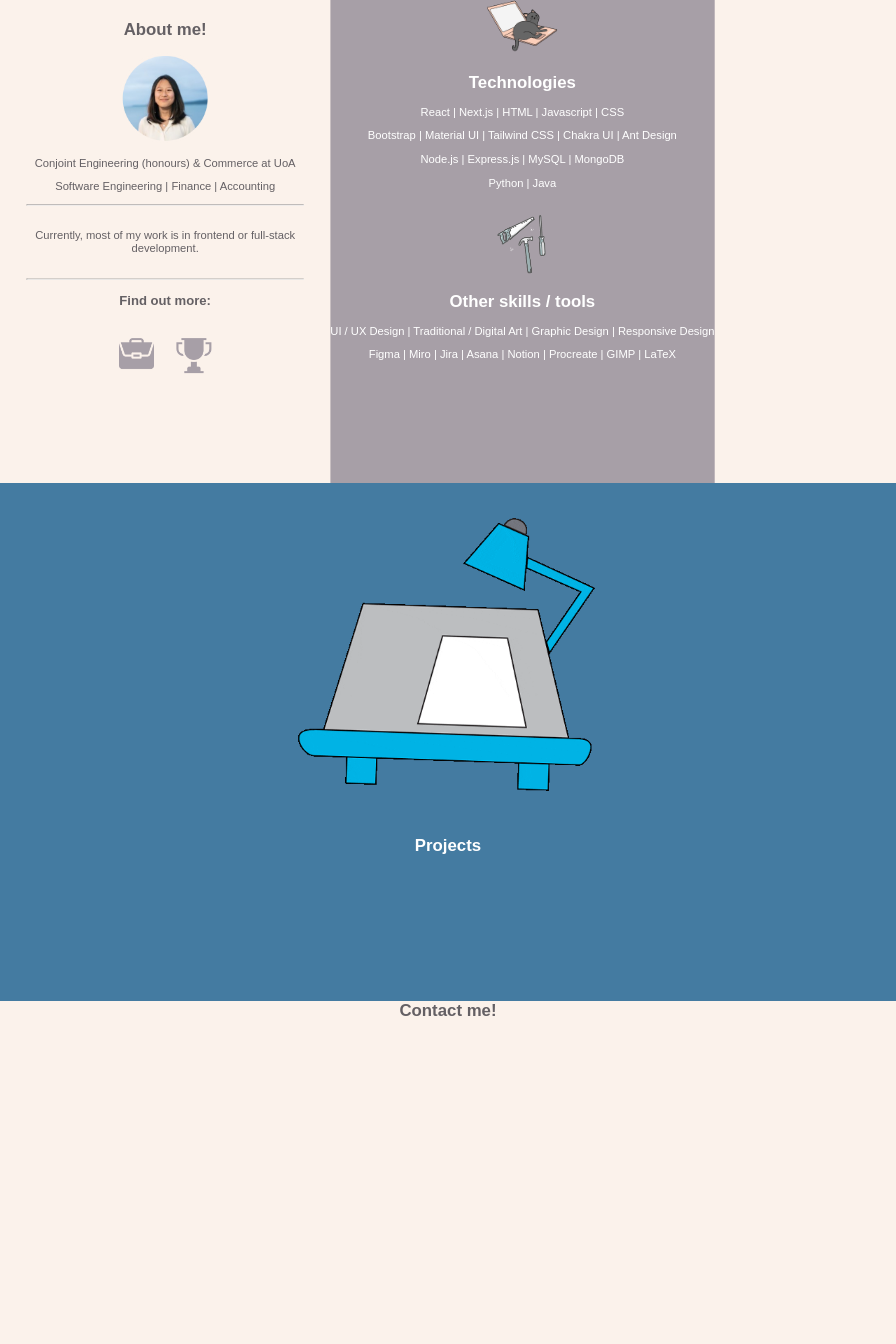
Repository: lukisoo/lukisoo-portfolio
Page: /
The author's editor kept a copy of each file at every save. The page is drawn from the files as they stood at one save, then again after the next save.
The browser window is 1280 px wide. The pictures show the part of the page from y = 750 to 2670 px (the page is 2900 px tall), at 70% of full size.
The project was rebuilt for these pictures with package versions that can differ from the ones it lists, and the page was loaded fresh each time.

Above is the page before, as saved 2022-07-31 15:01:41.

After the next save:
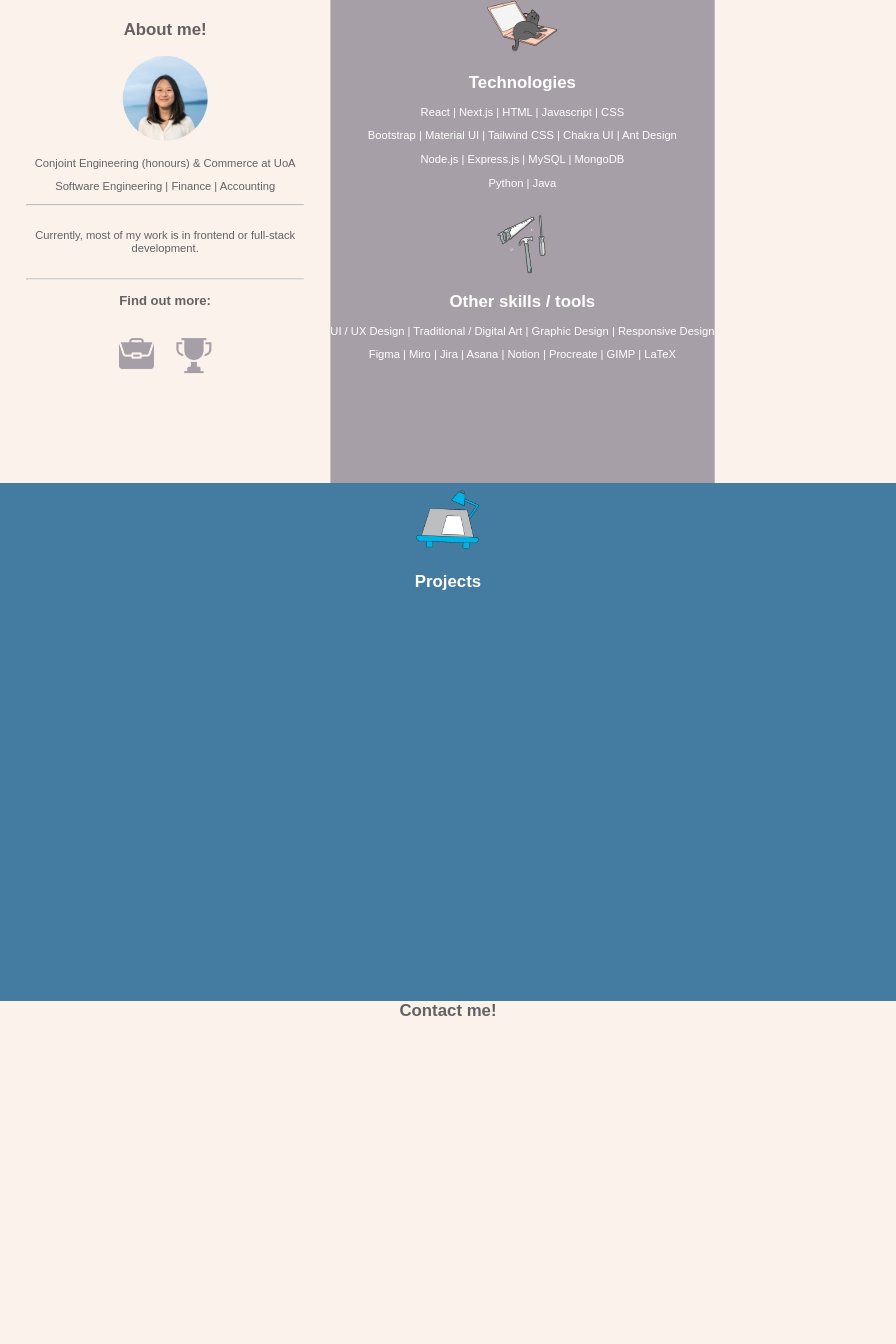
Saved 28 s later.
--- a/src/App.js
+++ b/src/App.js
@@ -158,7 +158,7 @@ function App() {
 
       <section id="projects-section" className="full-section">
         <div>
-        <img src={Projects} className="" alt="Projects"/>
+        <img src={Projects} className="projects-gif" alt="Projects"/>
           <h1>Projects</h1>
           <Grid container spacing={2}>
             <Grid item xs={6} md={8}></Grid>
